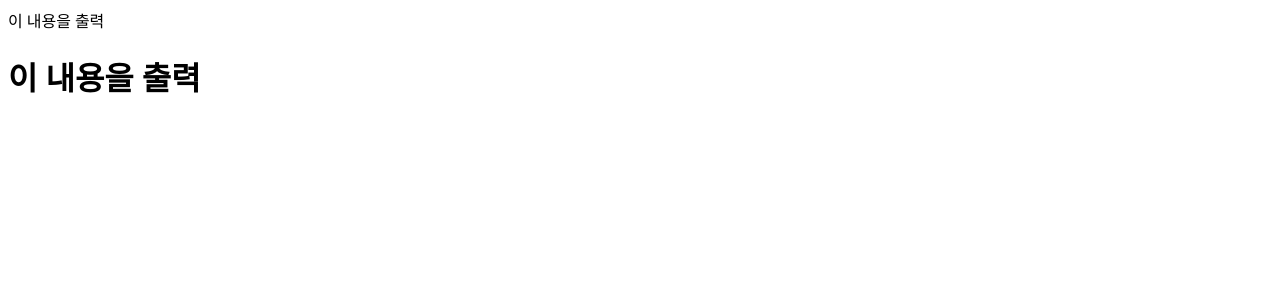
Repository: dychung1021/newrepository
Page: http://localhost/JSP03/
The author's editor kept a copy of each file at every save. The page is drawn from the files as they stood at one save, then again after the next save.
The browser window is 1280 px wide. The pictures show the whole page.
The page is served by Tomcat 9.

Above is the page before, as saved 2024-05-10 00:23:41.

After the next save:
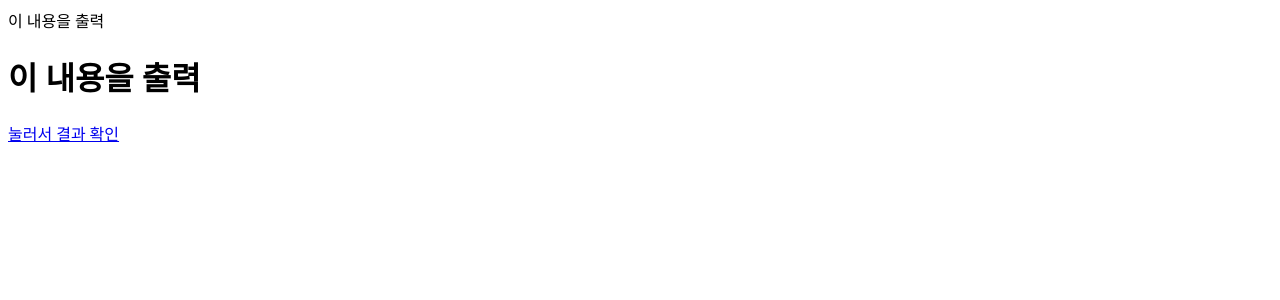
Saved 76 s later.
--- a/JSP/JSP03/src/main/webapp/index.jsp
+++ b/JSP/JSP03/src/main/webapp/index.jsp
@@ -13,6 +13,6 @@
 	<% out.print(data); %>
 	<br>
 	<h1><%=data %></h1>
-	<a href="result.jsp"></a>
+	<a href="result.jsp">눌러서 결과 확인</a>
 </body>
 </html>
